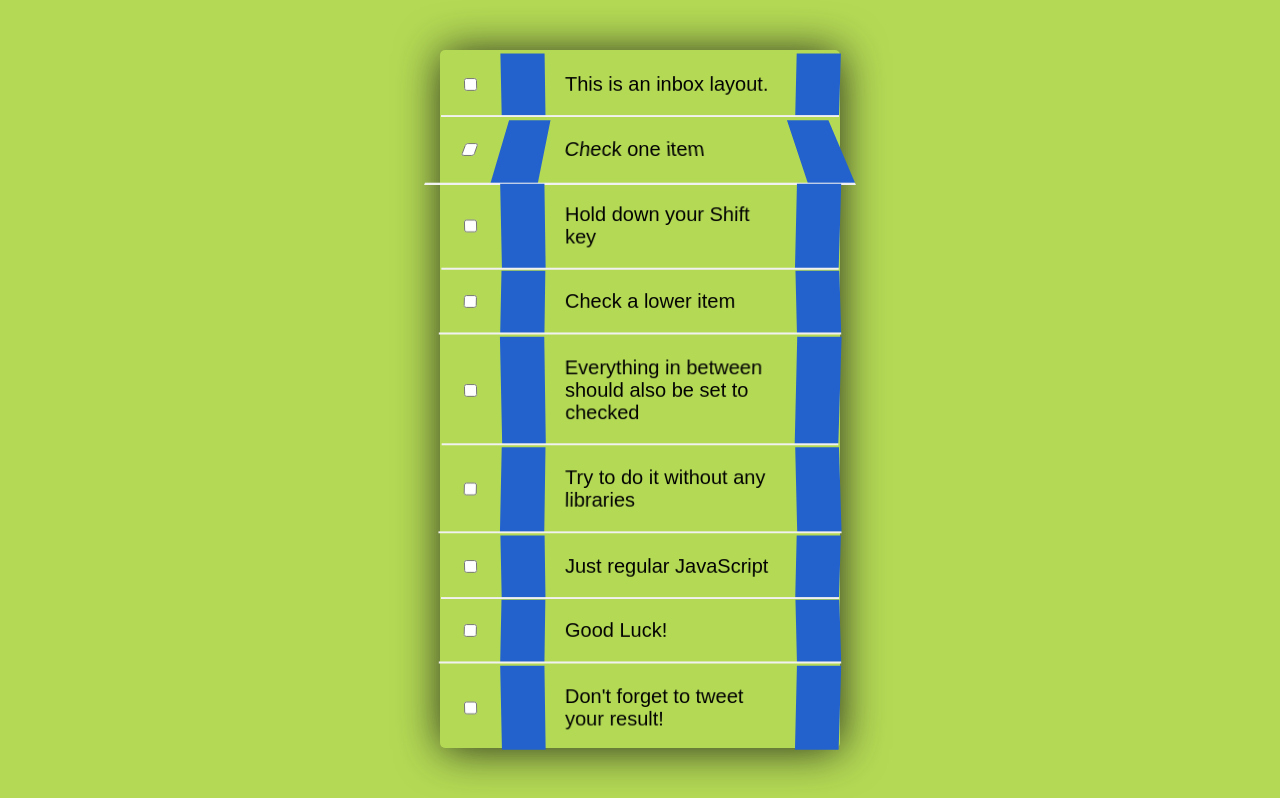
Repository: Freezler/Shift-Select-Checkboxes
Page: index.html
These files come from the project's save history. The page is drawn as it stood at one moment and after the next save; the edit follows.
The browser window is 1280 px wide. The pictures show the whole page.
The pointer rests on the first visible `.item:nth-child(even)`.

Above is the page before, as saved 2024-09-07 22:00:33.

### index.html
<!DOCTYPE html>
<html lang="en">

<head>
  <meta charset="UTF-8">
  <title>Hold Shift to Check Multiple Checkboxes</title>
  <link rel="icon" href="https://fav.farm/🔥" />
</head>

<body>
  <style>
    html {
      font-family: sans-serif;
      font-weight: 500;
      background: rgb(180, 218, 85);
    }

    .inbox {
      max-width: 400px;
      margin: 50px auto;

      border-radius: 5px;
      box-shadow: 1px 2px 44px rgba(32, 35, 24, 0.947);
    }

    .item {
      display: flex;
      transition: all 0.2s linear;

      border-bottom: 2px solid #F1F1F1;
    }

    .item:last-child {
      border-bottom: 0;
    }

    input:checked+p {
      background: #F9F9F9;
      text-decoration: line-through;
    }

    input[type="checkbox"] {
      margin: 24px;

    }

    input:checked+p {
      background: #a30404bd;
      text-decoration: line-through;
      color: cornsilk
    }

    input:checked {
      accent-color: #a30404bd;
    }

    .inbox .item:nth-child(even) {
      transform: perspective(1400px) rotateX(12deg) translateY(2px) scale(1.001);

    }

    .item:nth-child(odd) {
      transform: perspective(1400px) rotateX(-12deg) translateY(3px);

    }

    .item:nth-child(odd):hover {
      transform: perspective(100px) rotateX(12deg) translateY(3px);

    }

    .item:nth-child(even):hover {
      transform: perspective(100px) rotateX(12deg) translateY(3px);

    }

    .item:nth-child(even) {
      transform: perspective(900px) rotateX(-3deg) translateY(3px);

    }

    p {
      margin: 0;
      padding: 20px;
      transition: background 0.2s;
      flex: 1;

      font-size: 20px;
      font-weight: 200;
      border-inline: 44px solid #2361cc;
    }
  </style>
  <!--  The following is a common layout you would see in an email client.
        When a user clicks a checkbox, holds Shift, and then clicks another checkbox a few rows down, all the checkboxes in between those two checkboxes should be checked.

  -->
  <div class="inbox">
    <div class="item">
      <input type="checkbox">
      <p>This is an inbox layout.</p>
    </div>
    <div class="item">
      <input type="checkbox">
      <p>Check one item</p>
    </div>
    <div class="item">
      <input type="checkbox">
      <p>Hold down your Shift key</p>
    </div>
    <div class="item">
      <input type="checkbox">
      <p>Check a lower item</p>
    </div>
    <div class="item">
      <input type="checkbox">
      <p>Everything in between should also be set to checked</p>
    </div>
    <div class="item">
      <input type="checkbox">
      <p>Try to do it without any libraries</p>
    </div>
    <div class="item">
      <input type="checkbox">
      <p>Just regular JavaScript</p>
    </div>
    <div class="item">
      <input type="checkbox">
      <p>Good Luck!</p>
    </div>
    <div class="item">
      <input type="checkbox">
      <p>Don't forget to tweet your result!</p>
    </div>
  </div>

  <script>
    const checkboxes = document.querySelectorAll('.inbox input[type="checkbox"]');

    checkboxes.forEach(checkbox => checkbox.addEventListener('click', handleCheck))

    let lastChecked;

    function handleCheck(e) {
      // check for shift-press && checked
      let inBetween = false;
      // loop over every single checkbox
      if (e.shiftKey && this.checked) {
        checkboxes.forEach(checkbox => {
          if (checkbox === this || checkbox === lastChecked) {
            inBetween = !inBetween
          }
          if (inBetween) {
            checkbox.checked = true
          }
        })
      }

      if (e.shiftKey && this.checked) {
        console.log("haha it's clicked with shift down AND checked!")
      }
      if (e.shiftKey && !this.checked) {
        console.log("haha it's clicked with shift down but not checked!")
      }
      lastChecked = this;
    }

  </script>
</body>

</html>

After the next save:
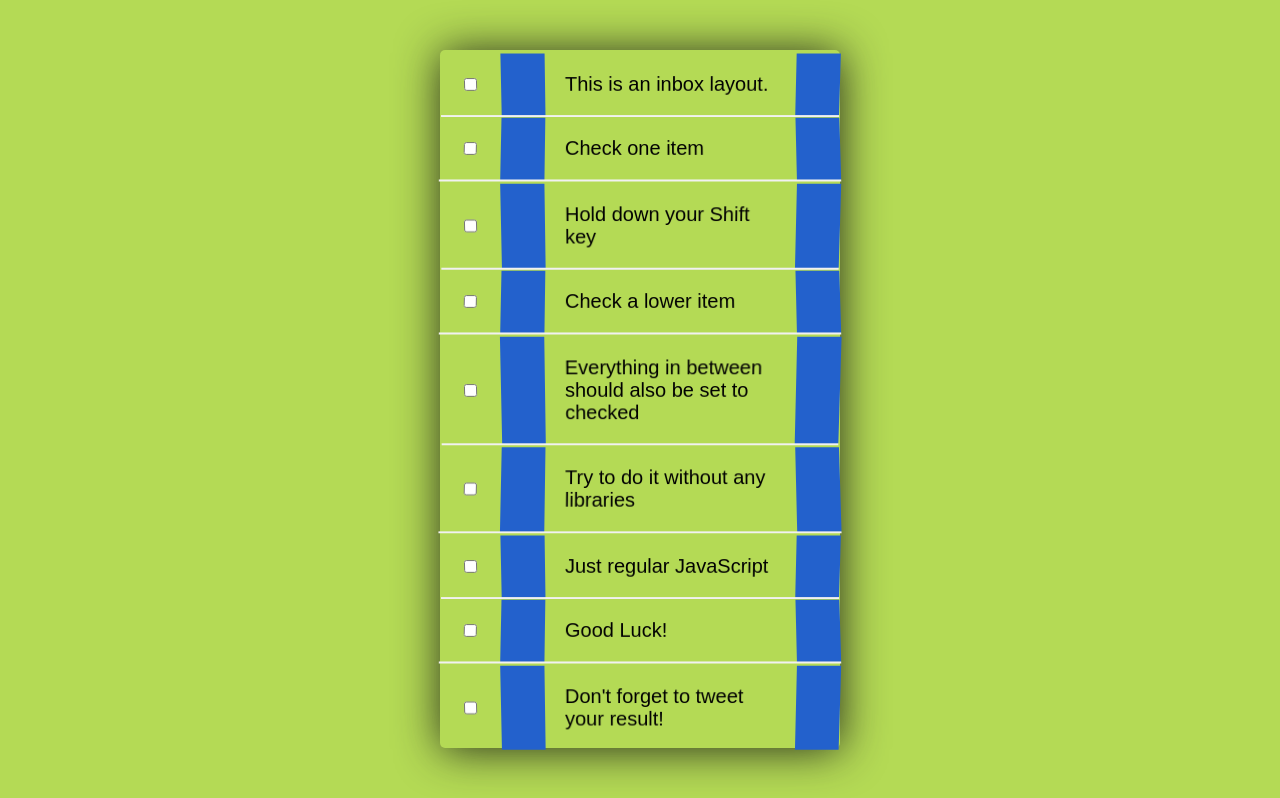
Saved 16 s later.
--- a/index.html
+++ b/index.html
@@ -70,7 +70,7 @@
     }
 
     .item:nth-child(even):hover {
-      transform: perspective(100px) rotateX(12deg) translateY(3px);
+      transform: perspective(100px) rotate3d(12deg) translateY(3px);
 
     }
 
